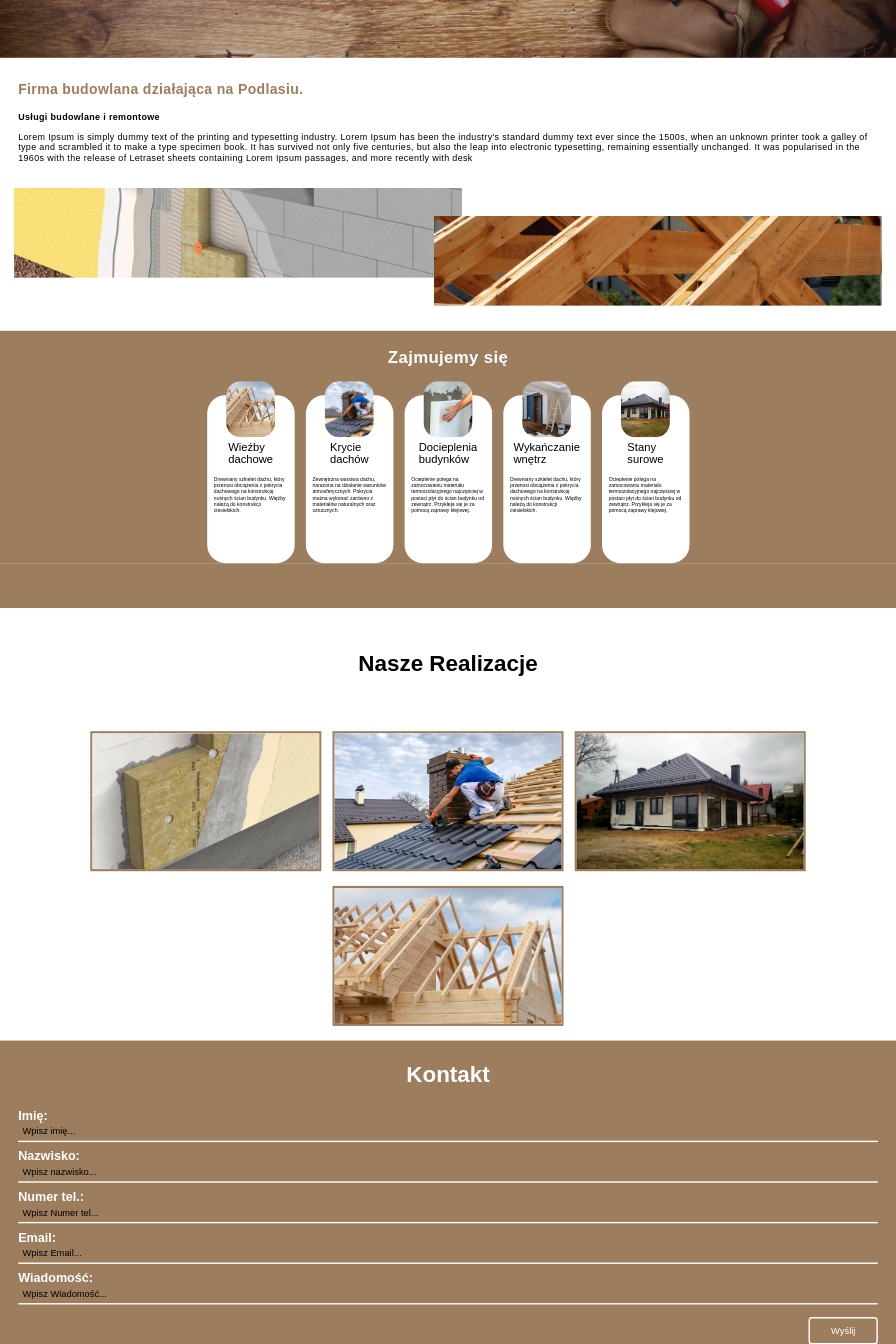
Repository: JakubPaszko2001/bel
Page: index.html
These files come from the project's save history. The page is drawn as it stood at one moment and after a run of saves; the edit follows.
The browser window is 1280 px wide. The pictures show the part of the page from y = 752 to 2672 px (the page is 2672 px tall), at 70% of full size.
Some web fonts or font styles are not loaded; a fallback is used.

Above is the page before, as saved 2022-03-05 17:38:27.

After the next 2 saves:
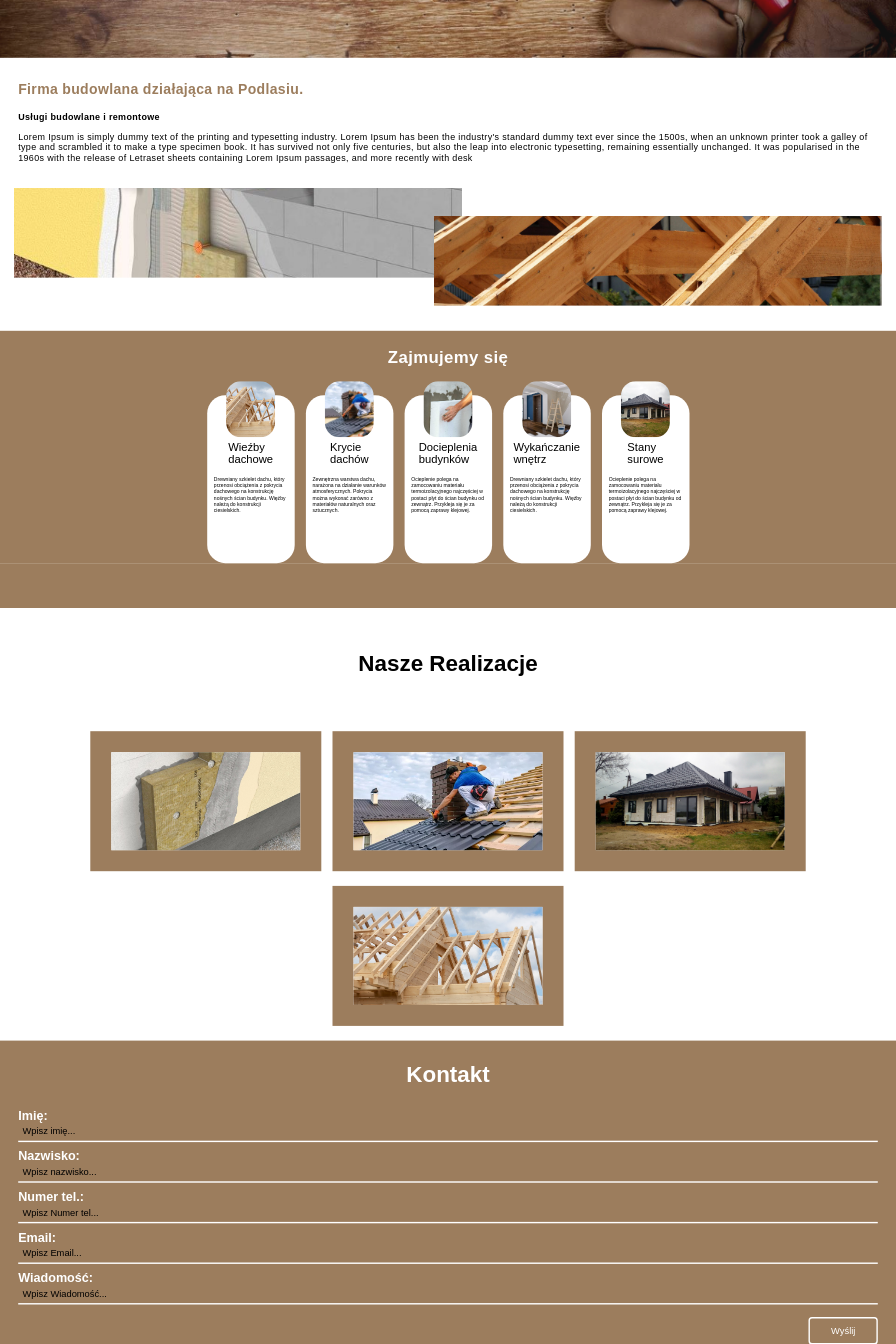
The 2 saves are shown as one change because they came seconds apart.
The last was saved 8 s later.
--- a/style.css
+++ b/style.css
@@ -269,7 +269,7 @@
 .gallery-img {
     width: 330px;
     height: 200px;
-    border: solid var(--color-brown);
+    border: solid  30px var(--color-brown);
 }
 .contact {
     background-color: var(--color-brown);
